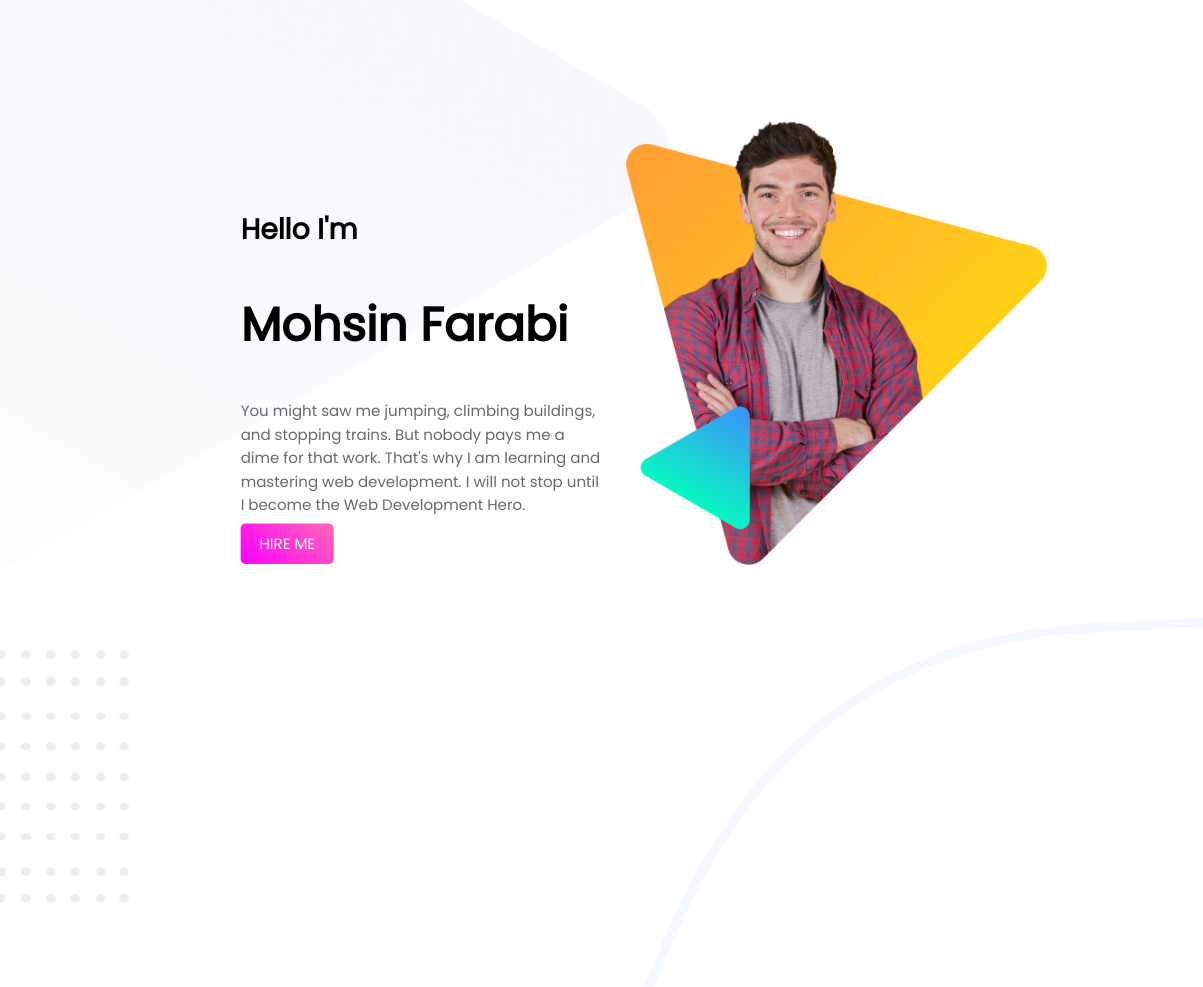
Repository: mohsinfarabi/personal-website
Page: index.html
These files come from the project's save history. The page is drawn as it stood at one moment and after the next save; the edit follows.
The browser window is 1280 px wide. The pictures show the whole page, at 94% of full size.

Above is the page before, as saved 2020-07-01 03:37:36.

After the next save:
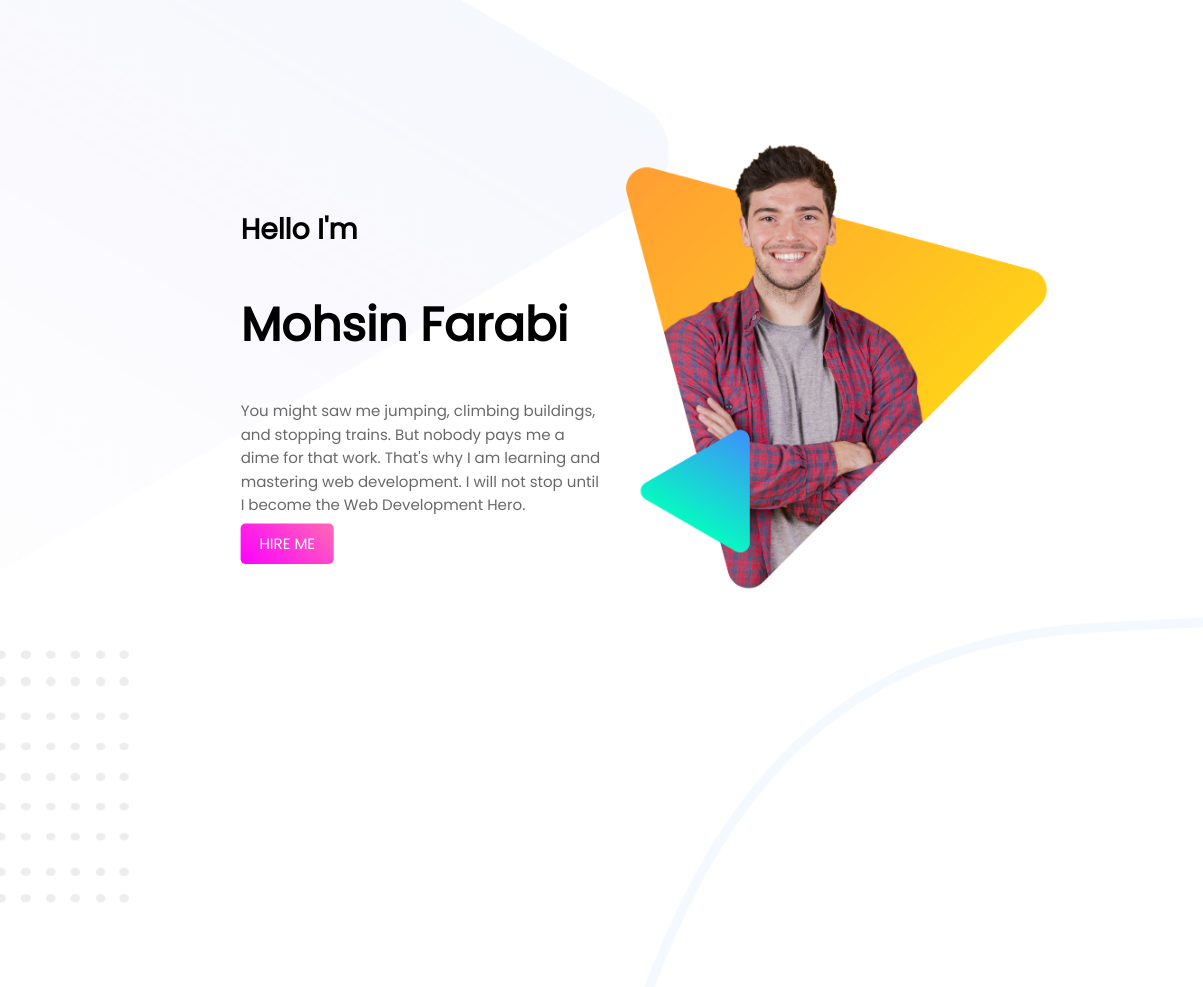
Saved 48 s later.
--- a/index.html
+++ b/index.html
@@ -17,6 +17,7 @@
             <p>You might saw me jumping, climbing buildings, and stopping trains. But nobody pays me a dime for that work. That's why I am learning and mastering web development. I will not stop until I become the Web Development Hero.</p>
             <a class="link-button" target="_blank" href="https://www.linkedin.com/in/mohsin-farabi-68655040/">HIRE ME</a>
         </div>
+        <br>
         <div class="img-width">
             <img src="images/peter.png" alt="">
         </div>

After the save that followed:
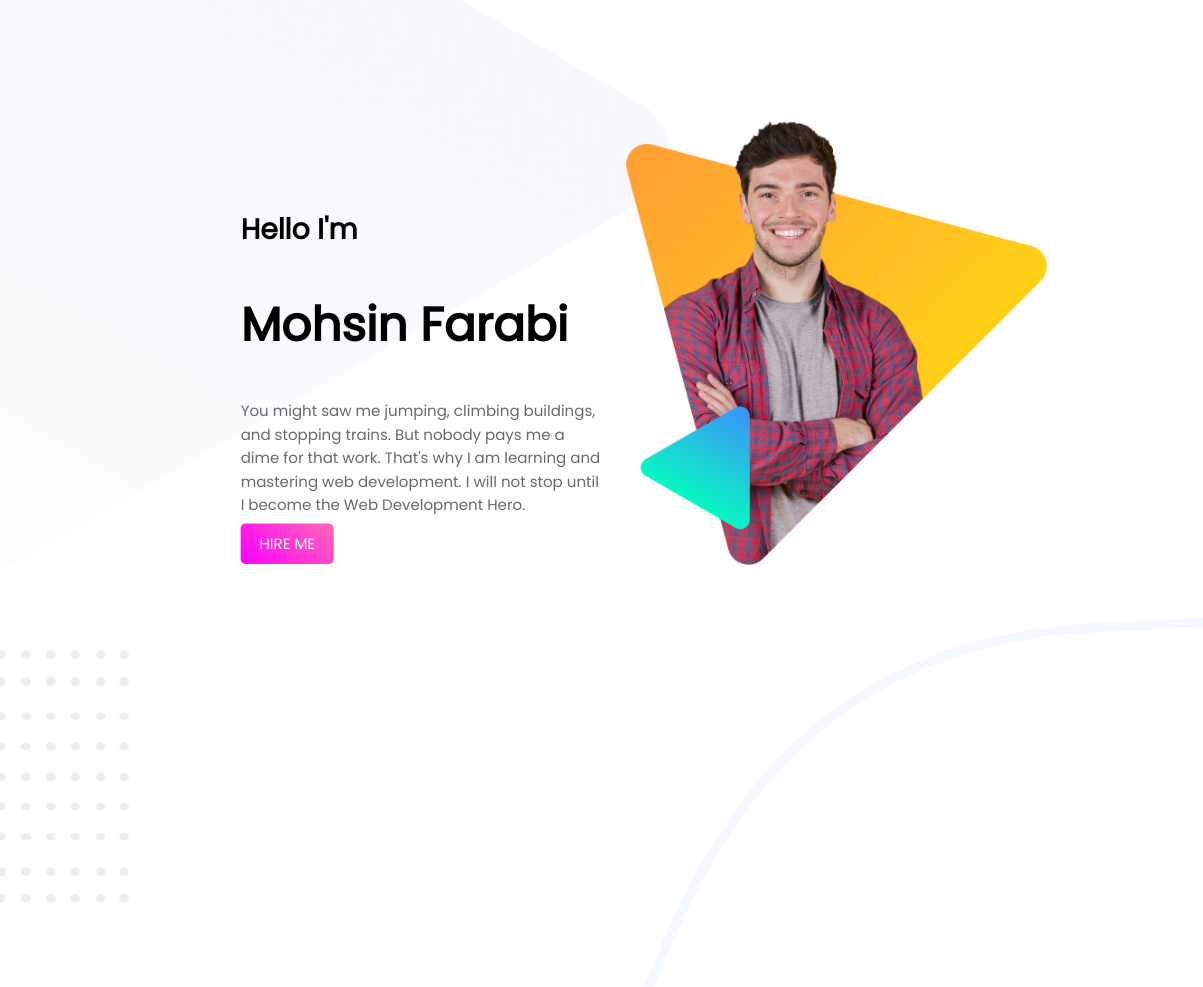
Saved 17 s later.
--- a/index.html
+++ b/index.html
@@ -17,7 +17,7 @@
             <p>You might saw me jumping, climbing buildings, and stopping trains. But nobody pays me a dime for that work. That's why I am learning and mastering web development. I will not stop until I become the Web Development Hero.</p>
             <a class="link-button" target="_blank" href="https://www.linkedin.com/in/mohsin-farabi-68655040/">HIRE ME</a>
         </div>
-        <br>
+
         <div class="img-width">
             <img src="images/peter.png" alt="">
         </div>
